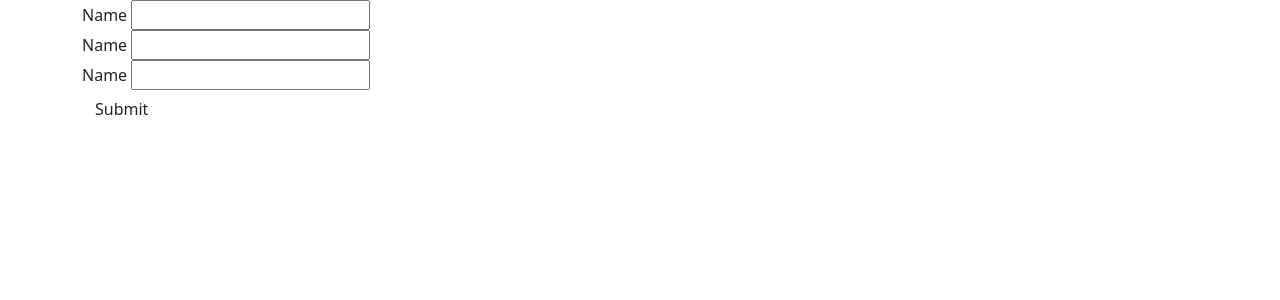
Repository: valletivarish/monojsp
Page: http://localhost/10-student-mvc-db/add-student.jsp
These files come from the project's save history. The page is drawn as it stood at one moment and after the next save; the edit follows.
The browser window is 1280 px wide. The pictures show the whole page.
The page is served by Tomcat 9. Other server files are loaded and not shown.

Above is the page before, as saved 2024-07-17 07:24:59.

### 10-student-mvc-db/WebContent/add-student.jsp
<%@ page language="java" contentType="text/html; charset=ISO-8859-1"
    pageEncoding="ISO-8859-1"%>
<!DOCTYPE html>
<html>
<head>
<meta charset="ISO-8859-1">
<title>Insert title here</title>
<link
	href="https://cdn.jsdelivr.net/npm/bootstrap@5.0.2/dist/css/bootstrap.min.css"
	rel="stylesheet"
	integrity="sha384-EVSTQN3/azprG1Anm3QDgpJLIm9Nao0Yz1ztcQTwFspd3yD65VohhpuuCOmLASjC"
	crossorigin="anonymous">
<script
	src="https://cdn.jsdelivr.net/npm/bootstrap@5.0.2/dist/js/bootstrap.bundle.min.js"
	integrity="sha384-MrcW6ZMFYlzcLA8Nl+NtUVF0sA7MsXsP1UyJoMp4YLEuNSfAP+JcXn/tWtIaxVXM"
	crossorigin="anonymous"></script>
</head>
<body>
	<div class="container" my-5>
		<form action="student" method="post">
			<div class="col-sm-10">
				<label for="name">Name</label>
				<input type="text" name="name" id="name" class="form.control">
			</div>
			<div class="col-sm-10">
				<label for="name">Name</label>
				<input type="text" name="name" id="name" class="form.control">
			</div>
			<div class="col-sm-10">
				<label for="name">Name</label>
				<input type="text" name="name" id="name" class="form.control">
			</div>
			<div class="col-sm-10">
				<input type="submit" value="Submit" class="btn btn primary">
			</div>
		</form>
	</div>
</body>
</html>

After the next save:
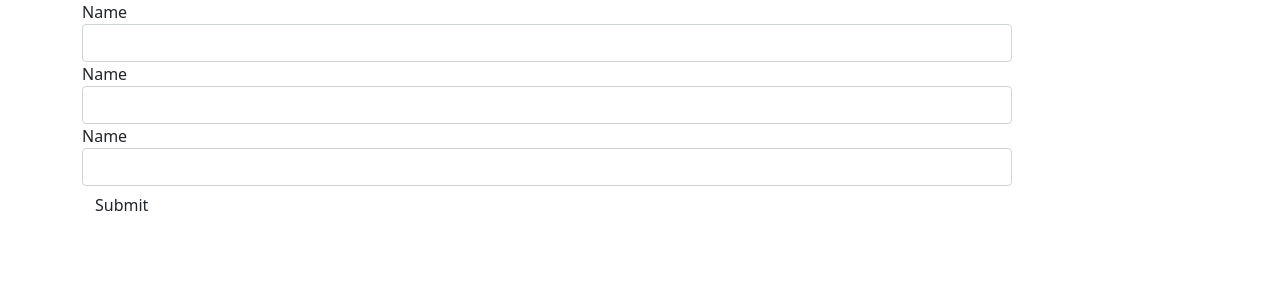
Saved 48 s later.
--- a/10-student-mvc-db/WebContent/add-student.jsp
+++ b/10-student-mvc-db/WebContent/add-student.jsp
@@ -20,15 +20,15 @@
 		<form action="student" method="post">
 			<div class="col-sm-10">
 				<label for="name">Name</label>
-				<input type="text" name="name" id="name" class="form.control">
+				<input type="text" name="name" id="name" class="form-control">
 			</div>
 			<div class="col-sm-10">
 				<label for="name">Name</label>
-				<input type="text" name="name" id="name" class="form.control">
+				<input type="text" name="name" id="name" class="form-control">
 			</div>
 			<div class="col-sm-10">
 				<label for="name">Name</label>
-				<input type="text" name="name" id="name" class="form.control">
+				<input type="text" name="name" id="name" class="form-control">
 			</div>
 			<div class="col-sm-10">
 				<input type="submit" value="Submit" class="btn btn primary">
